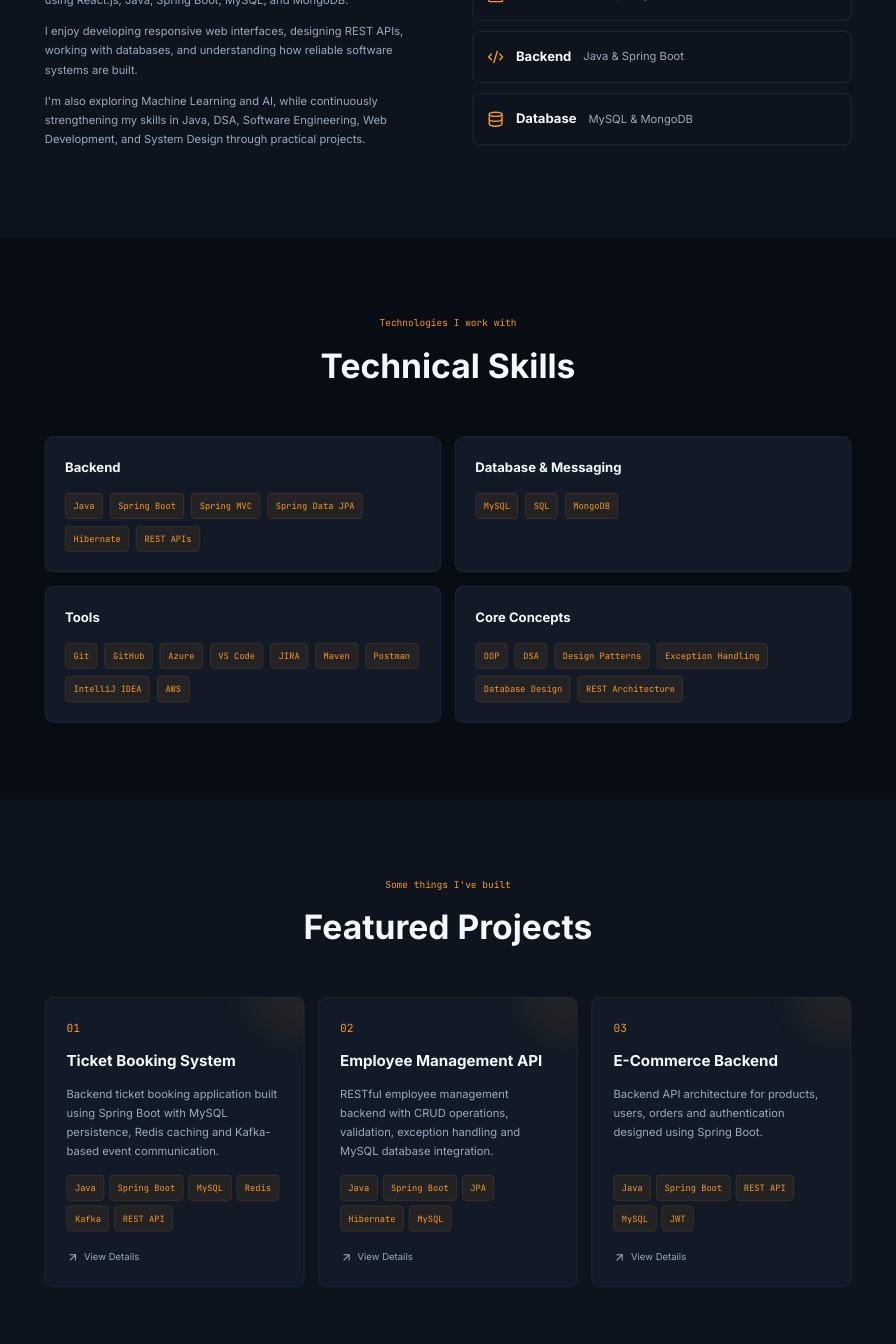
Repository: Rashi-Kirti06/En-Hi-Portfolio
Page: /
An editor plug-in stored every save of this project. The page is shown before and after a run of saves, followed by the edit.
The browser window is 1280 px wide. The pictures show the part of the page from y = 1086 to 3006 px (the page is 4899 px tall), at 70% of full size.
The project was rebuilt for these pictures with package versions that can differ from the ones it lists, and the page was loaded fresh each time. Also part of the build but not shown: vite.config.js.

Above is the page before, as saved 2026-09-06 16:20:43.

After the next 2 saves:
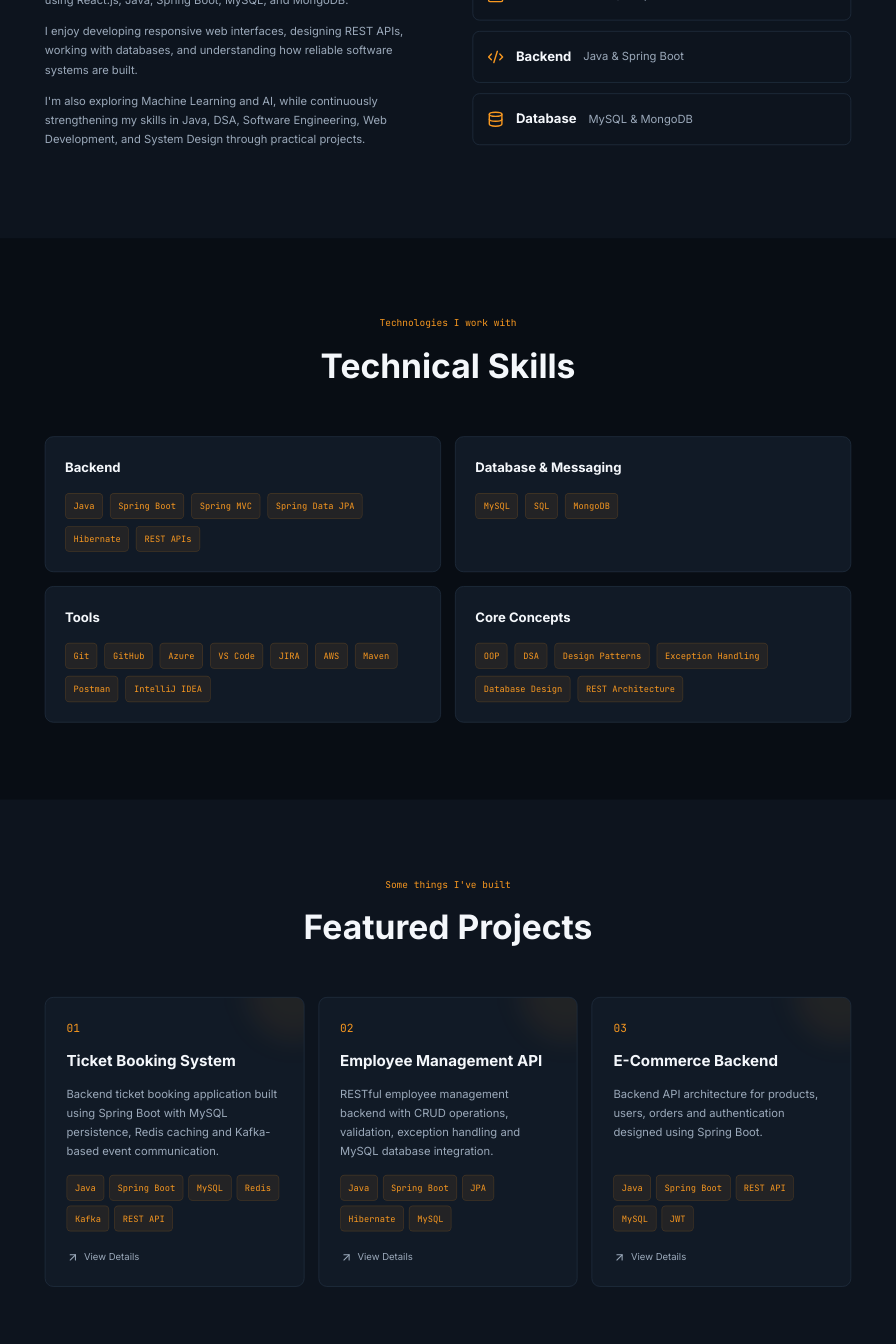
The 2 saves are shown as one change because they came seconds apart.
The last was saved 6 s later.
--- a/src/components/Skills.jsx
+++ b/src/components/Skills.jsx
@@ -30,10 +30,10 @@ const skillGroups = [
       "Azure",
       "VS Code",
       "JIRA",
+      "AWS",
       "Maven",
       "Postman",
       "IntelliJ IDEA",
-      "AWS",
     ],
   },
   {
